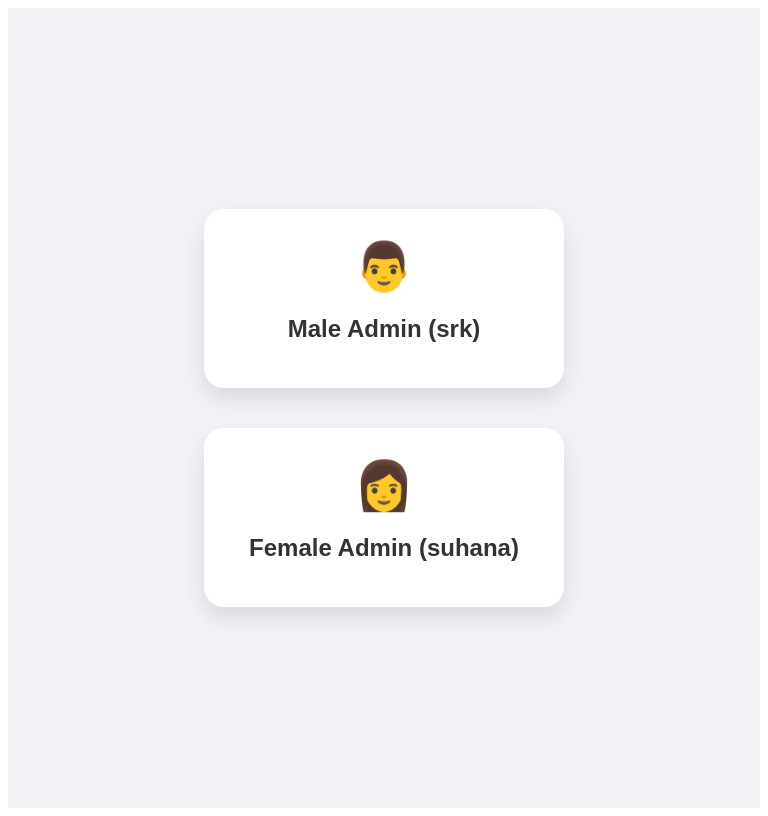
Repository: mdmisri/needy-talk
Page: /home (app in frontend/talk-d1/)
These files come from the project's save history. The page is drawn as it stood at one moment and after a run of saves; the edit follows.
The browser window is 768 px wide. The pictures show the whole page.
The page's requests for data from a server got no answer. The project was rebuilt for these pictures with package versions that can differ from the ones it lists, and the page was loaded fresh each time. No one was signed in, and anything a server would have sent is missing. Also part of the build but not shown: frontend/talk-d1/src/components/Login/Login.css, frontend/talk-d1/src/components/Login/Login.js, frontend/talk-d1/src/components/Register/Register.css, frontend/talk-d1/src/components/Register/Register.js, frontend/talk-d1/src/conversationUtils.js, frontend/talk-d1/src/hooks/useConversation.js, frontend/talk-d1/src/components/Chat/styles/Message.css, frontend/talk-d1/src/components/Chat/Message.js and 4 more.

Above is the page before, as saved 2024-07-28 18:00:38.

### frontend/talk-d1/src/index.js
import React from 'react';
import ReactDOM from 'react-dom/client';
import './index.css';
import App from './App';
import { BrowserRouter } from 'react-router-dom';

const root = ReactDOM.createRoot(document.getElementById('root'));
root.render(
  <React.StrictMode>
    <BrowserRouter>
    <App />
    </BrowserRouter>
  </React.StrictMode>
);

// If you want to start measuring performance in your app, pass a function
// to log results (for example: reportWebVitals(console.log))
// or send to an analytics endpoint. Learn more: https://bit.ly/CRA-vitals

### frontend/talk-d1/src/App.js
import React, { useState, useEffect } from 'react';
import { Routes, Route, useNavigate } from 'react-router-dom';
import Login from './components/Login/Login';
import Register from './components/Register/Register';
import ChatBox from './components/Chat/ChatBox';
import AdminChatBox from './components/Chat/AdminChatBox';
import ChatStart from './components/Chat/ChatStart';
import AdminSelection from './components/Chat/AdminSelection';
import socket from './components/Chat/socket';

const App = () => {
    const [user, setUser] = useState(null);
    const [username, setUsername] = useState('');
    const [isAdmin, setIsAdmin] = useState(false);
    const [adminUsername, setAdminUsername] = useState(null);
    const [redirectToChat, setRedirectToChat] = useState(false);
    const navigate = useNavigate();

    useEffect(() => {
        const handleBeforeUnload = () => {
            if (username) {
                socket.emit('userOffline', username);
            }
        };

        window.addEventListener('beforeunload', handleBeforeUnload);

        return () => {
            window.removeEventListener('beforeunload', handleBeforeUnload);
        };
    }, [username]);

    useEffect(() => {
        if (user) {
            if (isAdmin) {
                navigate('/admin-chat');
            } else if (redirectToChat) {
                navigate(`/chat/${adminUsername}`);
            } else {
                navigate('/home');
            }
        }
    }, [user, isAdmin, redirectToChat, adminUsername, navigate]);

    const handleLogout = () => {
        socket.emit('userOffline', username);
        setUser(null);
        setUsername('');
        setIsAdmin(false);
        setAdminUsername(null);
        setRedirectToChat(false);
        navigate('/login');
    };

    const handleAdminSelection = (selectedAdminUsername) => {
        setAdminUsername(selectedAdminUsername);
        setRedirectToChat(true);
    };

    return (
        <div>
            <Routes>
                <Route path="/login" element={<Login setUser={setUser} setUsername={setUsername} setIsAdmin={setIsAdmin} />} />
                <Route path="/register" element={<Register />} />
                {/* Route for admin selection */}
                <Route path="/home" element={!isAdmin ? <ChatStart username={username} onAdminSelect={handleAdminSelection} /> : <AdminChatBox adminUsername={username} handleAdminSelection={handleAdminSelection} />} />
                {/* Route for admin chat box */}
                <Route path="/admin-chat" element={<AdminChatBox adminUsername={username} handleAdminSelection={handleAdminSelection} />} />
                {/* Route for user chat box */}
                <Route path="/chat/:receiverUsername" element={<ChatBox senderUsername={username} />} />
            </Routes>
            {user && <button onClick={handleLogout}>Logout</button>}
        </div>
    );
};

export default App;

### frontend/talk-d1/src/components/Chat/ChatStart.js
import React, { useState } from 'react';
import AdminSelection from './AdminSelection';
import ChatBox from './ChatBox';
import axios from 'axios';

const ChatStart = ({ username, onAdminSelect }) => {
    const [adminUsername, setAdminUsername] = useState(null);
    const [conversationId, setConversationId] = useState(null);
    const [messages, setMessages] = useState([]);

    const handleSelectAdmin = async (admin) => {
        setAdminUsername(admin);
        try {
            const response = await axios.post('http://localhost:3010/api/conversations/start-chat', {
                username,
                adminUsername: admin
            });
            setConversationId(response.data.conversationId);
            fetchMessages(response.data.conversationId);
            onAdminSelect(admin); // Notify the parent to handle redirection
        } catch (error) {
            console.error('Error starting chat:', error);
        }
    };

    const fetchMessages = async (conversationId) => {
        try {
            const response = await axios.get(`http://localhost:3010/api/messages/${conversationId}`);
            setMessages(response.data.messages || []);
        } catch (error) {
            console.error('Error fetching messages:', error);
        }
    };

    return (
        <div>
            {!adminUsername ? (
                <AdminSelection onSelectAdmin={handleSelectAdmin} />
            ) : (
                <ChatBox conversationId={conversationId} messages={messages} />
            )}
        </div>
    );
};

export default ChatStart;

### frontend/talk-d1/src/components/Chat/AdminSelection.js
import React from 'react';
import './styles/AdminSelection.css'; // Create this CSS file for styling

const AdminSelection = ({ onSelectAdmin }) => {
    return (
        <div className="admin-selection-container">
            <div className="card" onClick={() => onSelectAdmin('srk')}>
            <div className="card-icon">👨</div>
                <h3>Male Admin (srk)</h3>
            </div>
            <div className="card" onClick={() => onSelectAdmin('suhana')}>
            <div className="card-icon">👩</div>
                <h3>Female Admin (suhana)</h3>
            </div>
        </div>
    );
};

export default AdminSelection;

### frontend/talk-d1/src/components/Chat/socket.js
// socket.js
import io from 'socket.io-client';

const socket = io('http://localhost:3010');

export default socket;

### frontend/talk-d1/src/components/Chat/styles/AdminSelection.css
/* AdminSelection.css */
.admin-selection-container {
    display: flex;
    justify-content: center;
    align-items: center;
    height: 100vh;
    background-color: #f0f2f5;
    font-family: 'Arial', sans-serif;
}

.card {
    background-color: #ffffff;
    margin: 0 20px;
    padding: 30px;
    border-radius: 20px;
    text-align: center;
    cursor: pointer;
    transition: all 0.3s ease;
    box-shadow: 0 10px 20px rgba(0, 0, 0, 0.1);
    width: 200px;
}

.card:hover {
    transform: translateY(-10px);
    box-shadow: 0 15px 30px rgba(0, 0, 0, 0.2);
}

.card h3 {
    margin: 0 0 15px 0;
    color: #333;
    font-size: 24px;
    font-weight: 600;
}

.card-icon {
    font-size: 48px;
    margin-bottom: 20px;
    color: #007bff;
}

.card-description {
    font-size: 14px;
    color: #666;
    margin-bottom: 20px;
}

.card-button {
    background-color: #007bff;
    color: white;
    border: none;
    padding: 10px 20px;
    border-radius: 50px;
    font-size: 16px;
    transition: background-color 0.3s ease;
}

.card-button:hover {
    background-color: #0056b3;
}

@media (max-width: 768px) {
    .admin-selection-container {
        flex-direction: column;
    }

    .card {
        margin: 20px 0;
        width: 80%;
        max-width: 300px;
    }
}

Loaded but not shown: frontend/talk-d1/public/index.html (common file); frontend/talk-d1/src/index.css (no stored copy; drawn as an empty file)

After the next 2 saves:
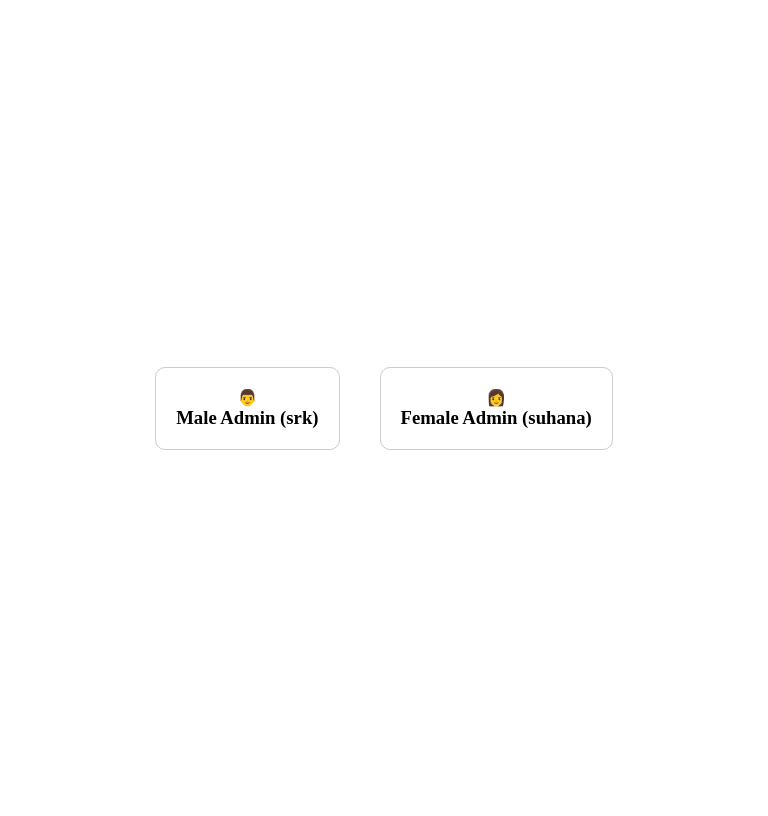
The 2 saves are shown as one change because they came seconds apart.
The last was saved 106 s later.
--- a/frontend/talk-d1/src/components/Chat/styles/AdminSelection.css
+++ b/frontend/talk-d1/src/components/Chat/styles/AdminSelection.css
@@ -4,68 +4,22 @@
     justify-content: center;
     align-items: center;
     height: 100vh;
-    background-color: #f0f2f5;
-    font-family: 'Arial', sans-serif;
 }
 
 .card {
-    background-color: #ffffff;
     margin: 0 20px;
-    padding: 30px;
-    border-radius: 20px;
+    padding: 20px;
+    border: 1px solid #ccc;
+    border-radius: 10px;
     text-align: center;
     cursor: pointer;
-    transition: all 0.3s ease;
-    box-shadow: 0 10px 20px rgba(0, 0, 0, 0.1);
-    width: 200px;
+    transition: transform 0.2s;
 }
 
 .card:hover {
-    transform: translateY(-10px);
-    box-shadow: 0 15px 30px rgba(0, 0, 0, 0.2);
+    transform: scale(1.05);
 }
 
 .card h3 {
-    margin: 0 0 15px 0;
-    color: #333;
-    font-size: 24px;
-    font-weight: 600;
+    margin: 0;
 }
-
-.card-icon {
-    font-size: 48px;
-    margin-bottom: 20px;
-    color: #007bff;
-}
-
-.card-description {
-    font-size: 14px;
-    color: #666;
-    margin-bottom: 20px;
-}
-
-.card-button {
-    background-color: #007bff;
-    color: white;
-    border: none;
-    padding: 10px 20px;
-    border-radius: 50px;
-    font-size: 16px;
-    transition: background-color 0.3s ease;
-}
-
-.card-button:hover {
-    background-color: #0056b3;
-}
-
-@media (max-width: 768px) {
-    .admin-selection-container {
-        flex-direction: column;
-    }
-
-    .card {
-        margin: 20px 0;
-        width: 80%;
-        max-width: 300px;
-    }
-}
